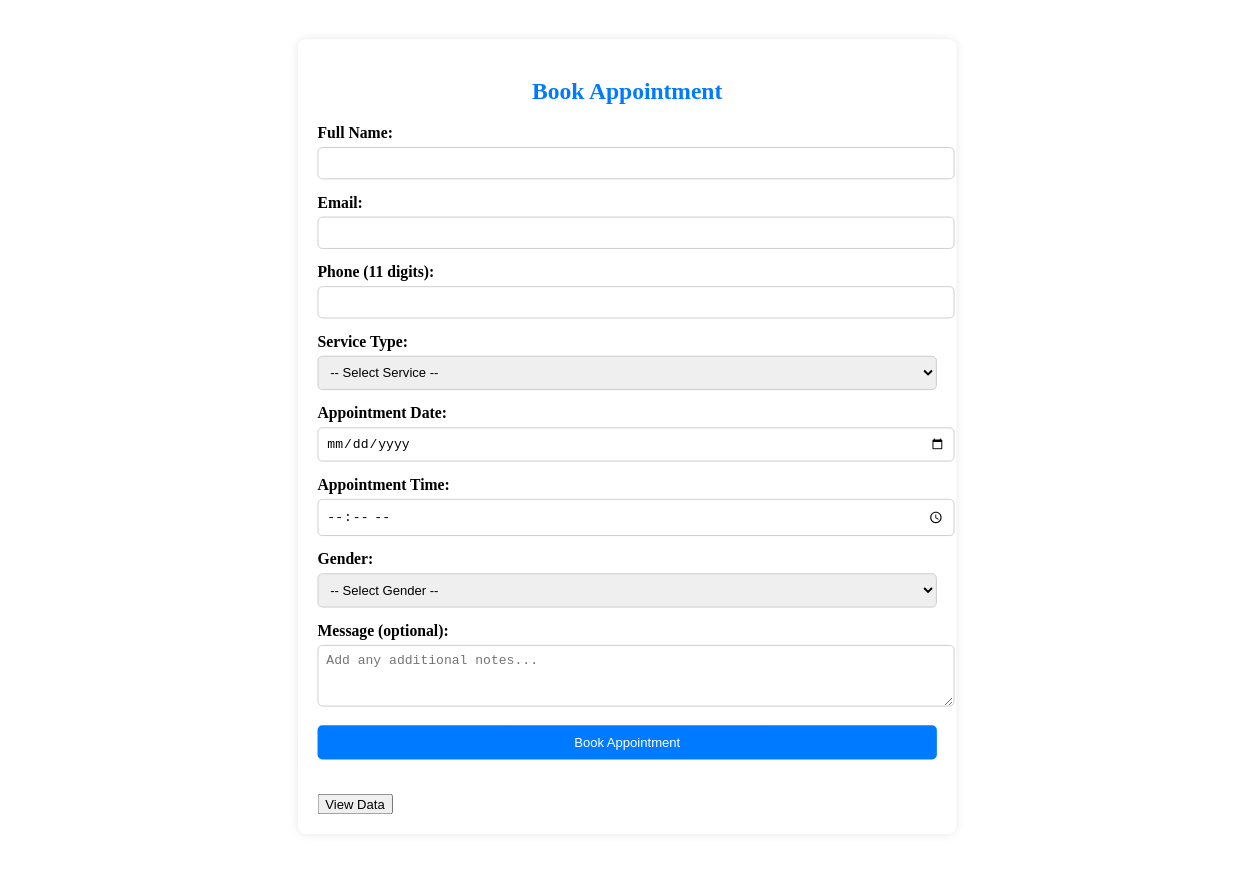
Repository: Arisha004/Hospital-Appointment-Management-System
Page: http://localhost/
These files come from the project's save history. The page is drawn as it stood at one moment and after the next save; the edit follows.
The browser window is 1280 px wide. The pictures show the whole page, at 98% of full size.
The page is run by PHP 8.4 with error messages shown; the project is at /var/www/html/.

Above is the page before, as saved 2025-10-21 01:09:11.

After the next save:
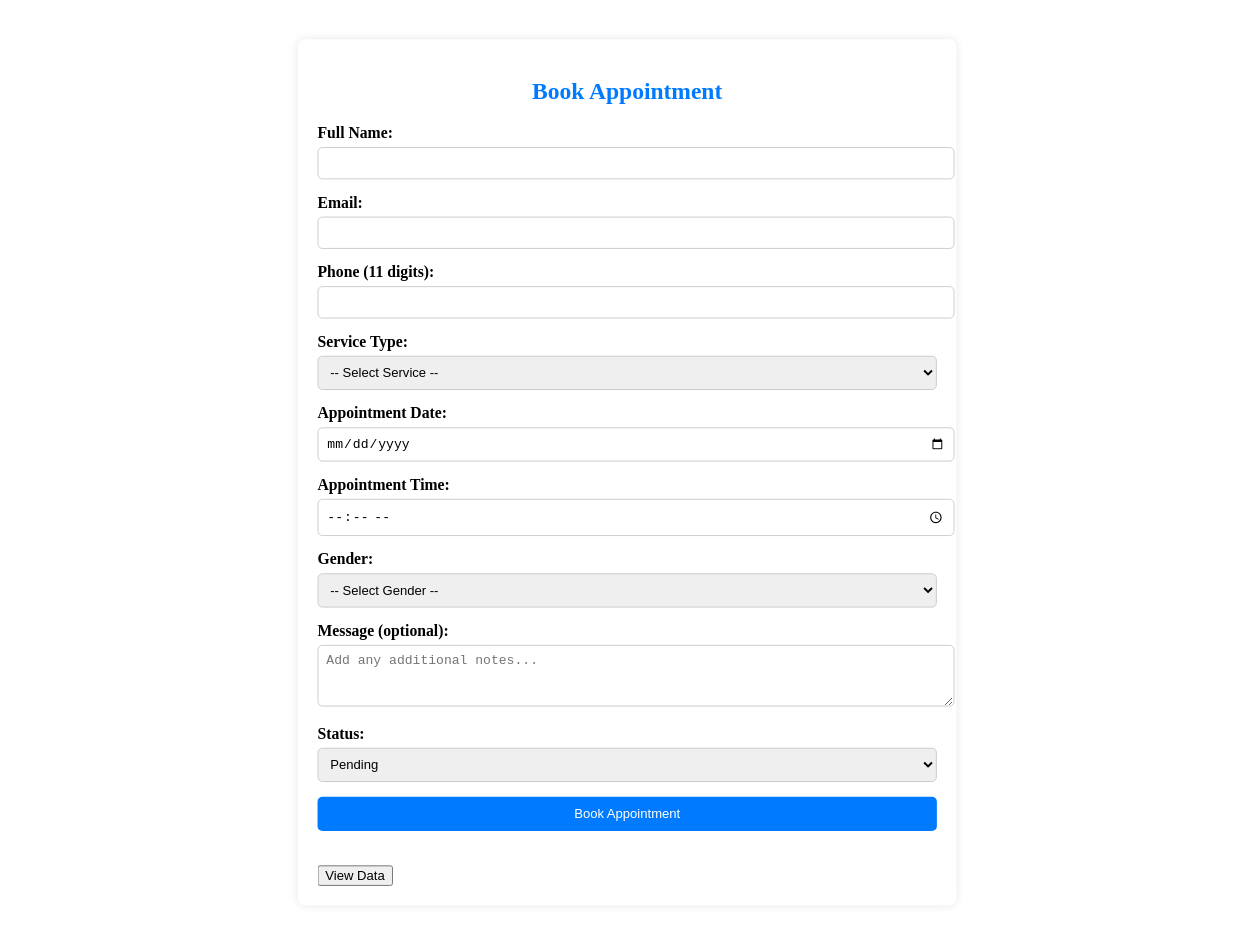
Saved 66 s later.
--- a/index.php
+++ b/index.php
@@ -71,6 +71,16 @@
 
     <label>Message (optional):</label>
     <textarea name="message" rows="3" placeholder="Add any additional notes..."></textarea>
+  <label>Status:</label>
+    <select name="status" required>
+      <option value="Pending">Pending</option>
+      <option value="Confirmed">Confirmed</option>
+      <option value="Cancelled">Cancelled</option>
+      <option value="Completed">Completed</option>
+    </select>
+
+    <!-- Created at will be handled in PHP processing -->
+    <input type="hidden" name="created_at" value="<?php echo date('Y-m-d H:i:s'); ?>">
 
     <input type="submit" name="submit" value="Book Appointment">
   </form>
